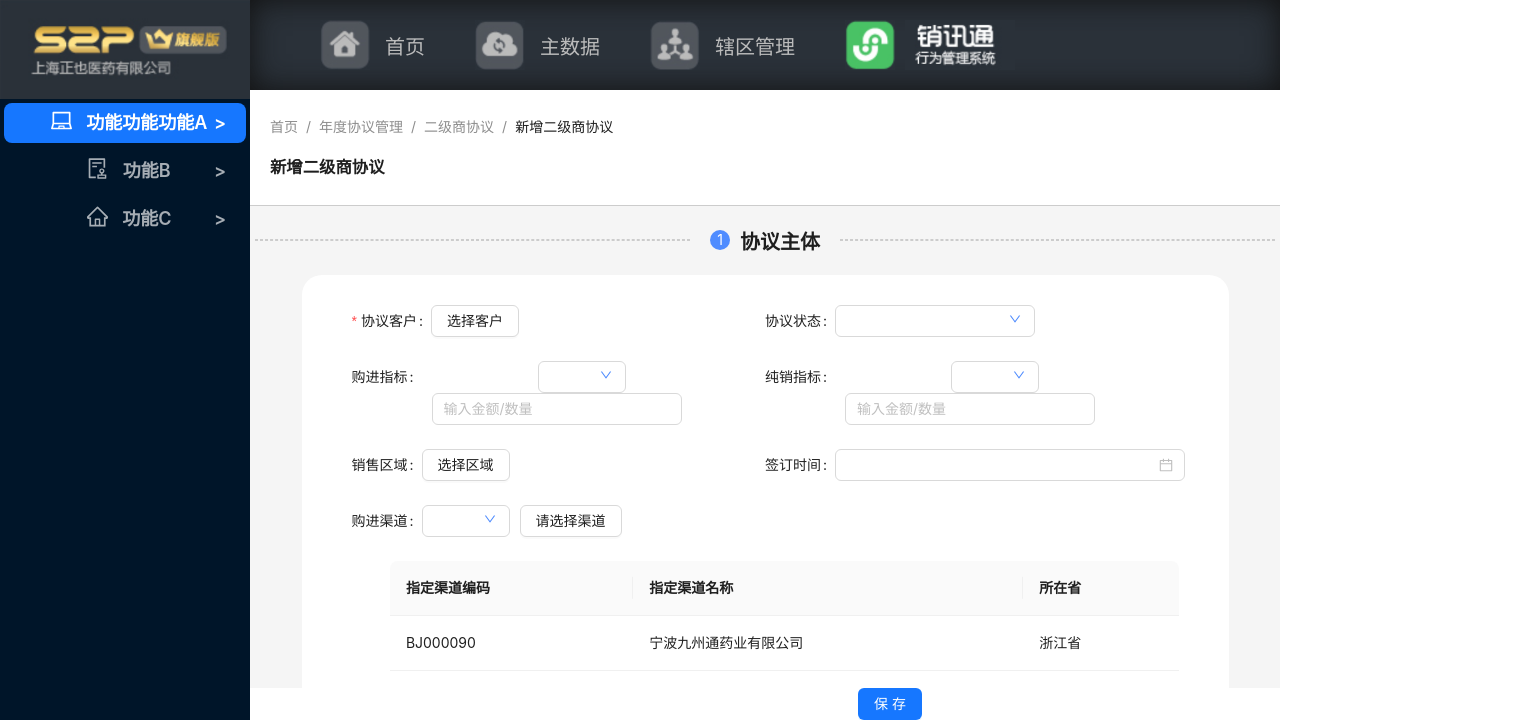
Repository: XiChips/questionB
Page: /
An editor plug-in stored every save of this project. The page is shown before and after a run of saves, followed by the edit.
The browser window is 1280 px wide. The page is 1530 px wide, so the pictures cover 1530 px, including what lies to the right of the window. The pictures show the whole page.
An inner scrolling area shows only its first screen. The project was rebuilt for these pictures with package versions that can differ from the ones it lists, and the page was loaded fresh each time. Also part of the build but not shown: vue.config.js.

Above is the page before, as saved 2024-02-28 14:15:10.

After the next 2 saves:
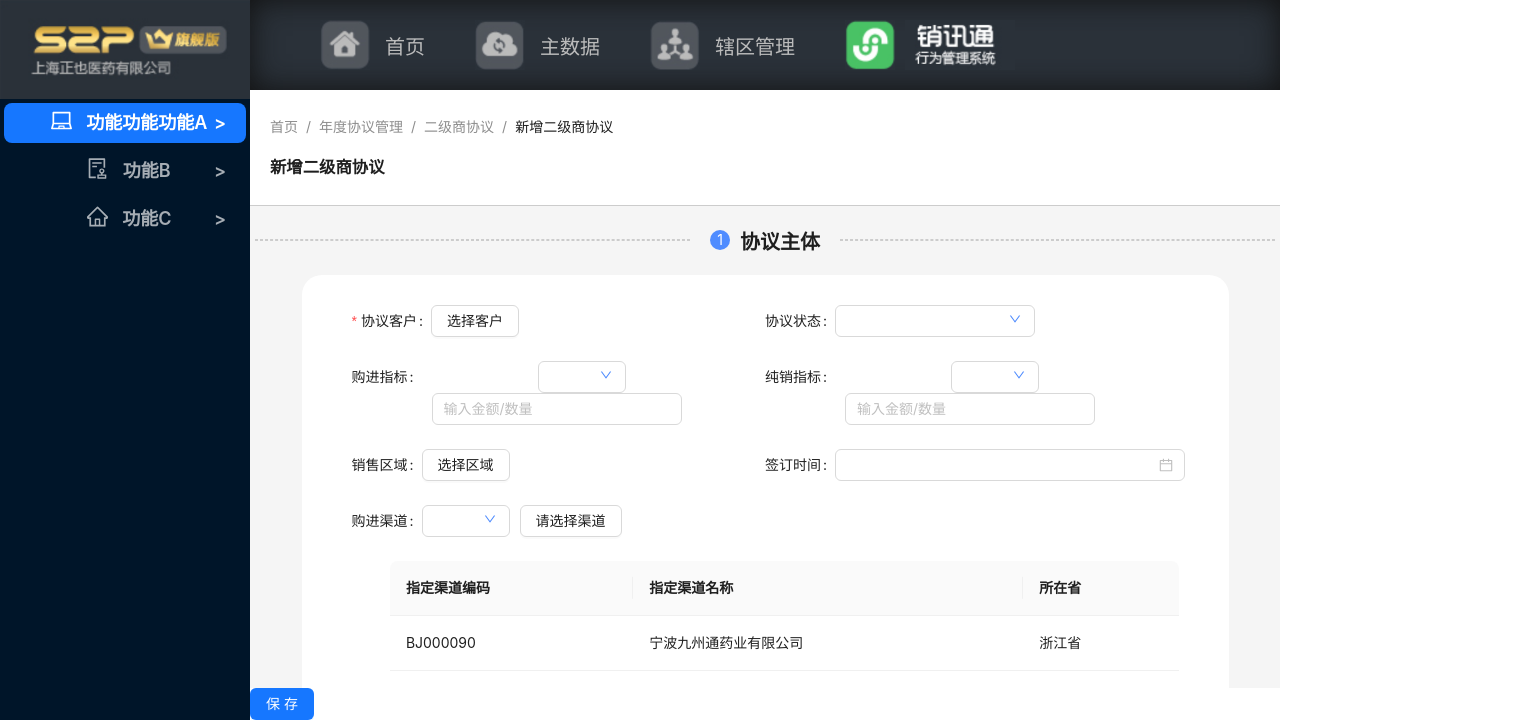
The 2 saves are shown as one change because they came seconds apart.
The last was saved 9 s later.
--- a/src/assets/css/index.css
+++ b/src/assets/css/index.css
@@ -179,31 +179,32 @@
 }
 
 .areaType {
-    display: flex;
+    display    : flex;
     align-items: center;
 }
 
 :where(.css-dev-only-do-not-override-1hsjdkk).ant-tabs-card.ant-tabs-top>.ant-tabs-nav .ant-tabs-tab,
-:where(.css-dev-only-do-not-override-1hsjdkk).ant-tabs-card.ant-tabs-top>div>.ant-tabs-nav .ant-tabs-tab{
+:where(.css-dev-only-do-not-override-1hsjdkk).ant-tabs-card.ant-tabs-top>div>.ant-tabs-nav .ant-tabs-tab {
     border-radius: 0;
 }
 
-textarea{
-    resize: none;
-    width: 100%;
-    outline: none;
-    border: 1px solid #ddd;
-    background-color: rgb(248,248,248);
-    height: 200px;
+textarea {
+    resize          : none;
+    width           : 100%;
+    outline         : none;
+    border          : 1px solid #ddd;
+    background-color: rgb(248, 248, 248);
+    height          : 200px;
 }
 
 .btn {
     color: orange;
 }
 
-.save{
-    position: absolute;
-    bottom: 0;
-    width: 100%;
+.save {
+    text-align-last : left;
+    position        : absolute;
+    bottom          : 0;
+    width           : 100%;
     background-color: #fff;
 }
